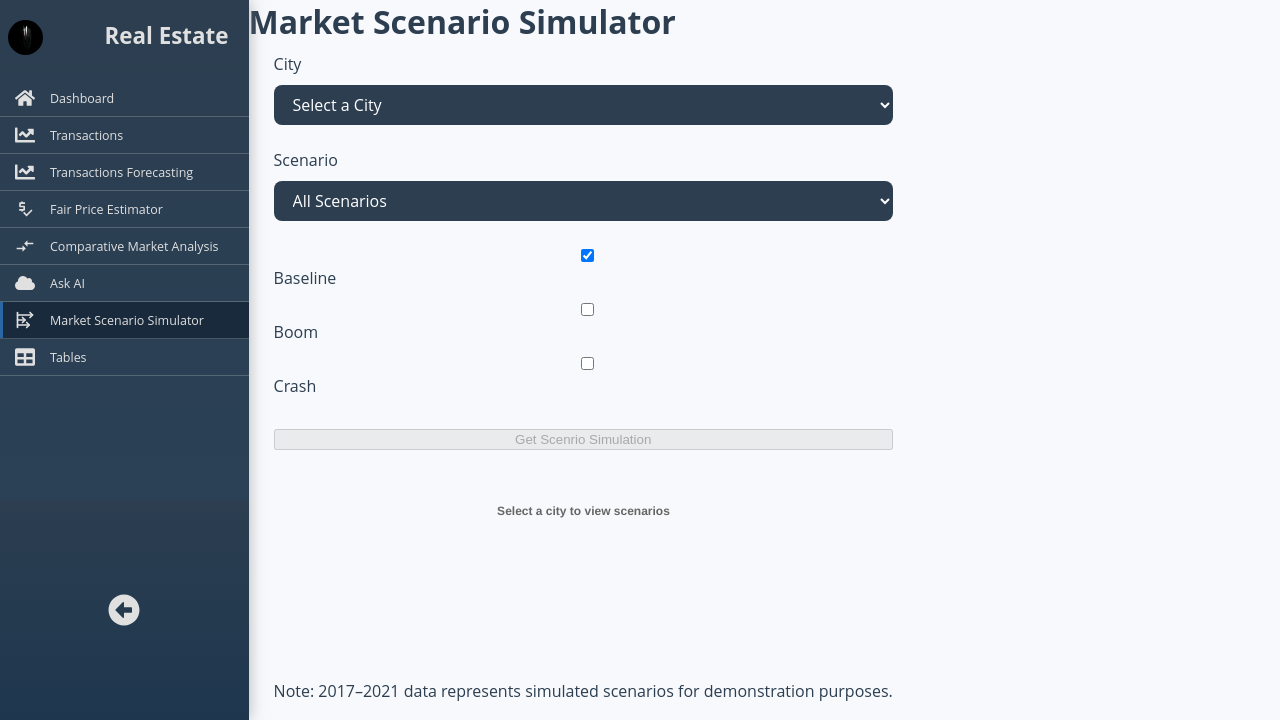
Repository: ZainabJammal/real-estate-system
Page: /market_simulator (app in frontend/)
The author's editor kept a copy of each file at every save. The page is drawn from the files as they stood at one save, then again after the next save.
The browser window is 1280 px wide. The pictures show the whole page.
The project was rebuilt for these pictures with package versions that can differ from the ones it lists, and the page was loaded fresh each time. Also part of the build but not shown: frontend/vite.config.js, frontend/src/Components/CustomCard/Custom.css, frontend/src/Components/CustomCard/Custom.jsx, frontend/src/Components/BarChart/BarChartComponent.css, frontend/src/Components/BarChart/BarChartComponent.jsx, frontend/src/Components/MainCard/MainCard.css, frontend/src/Components/MainCard/MainCard.jsx, frontend/src/Functions/apiLogic.js and 18 more.

Above is the page before, as saved 2025-08-09 19:40:23.

After the next save:
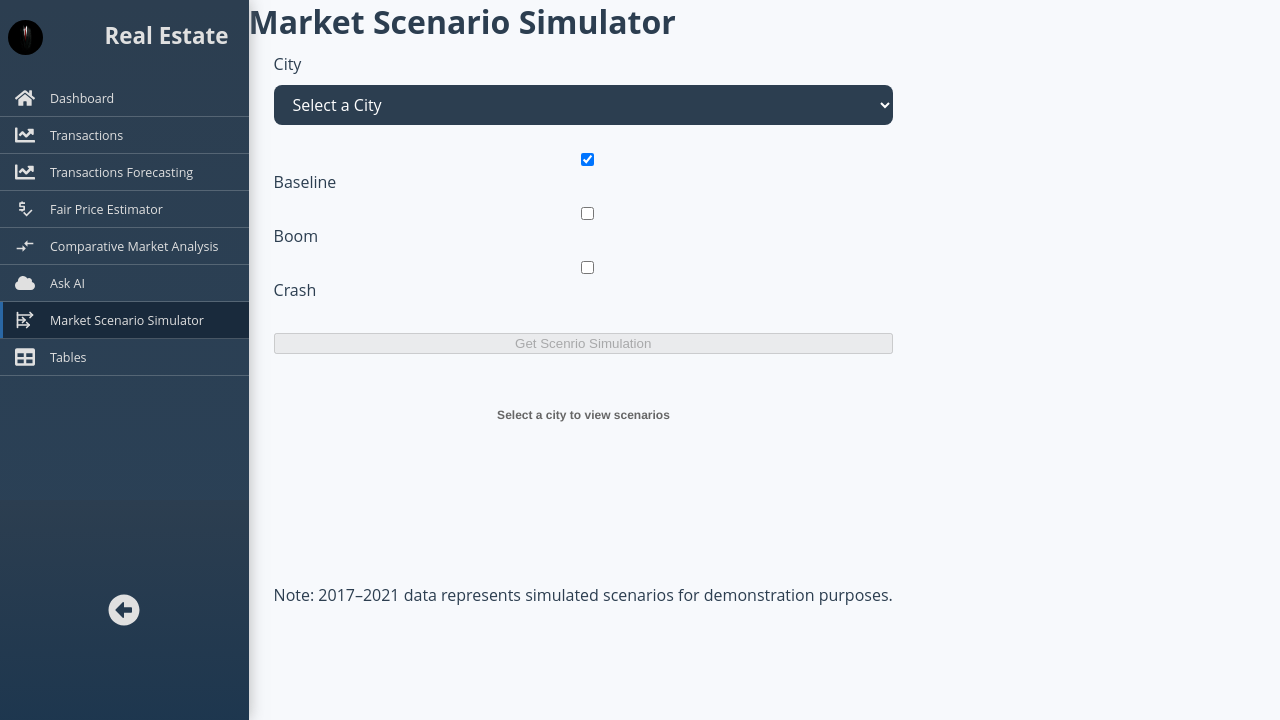
Saved 21 s later.
--- a/frontend/src/Pages/MarketSimulator.jsx
+++ b/frontend/src/Pages/MarketSimulator.jsx
@@ -148,19 +148,7 @@ const MarketSimulator = () => {
                             </select>
                         </div>
 
-                        <div className="form-group">
-                            <label htmlFor="scenario">Scenario</label>
-                            <select
-                                id="scenario"
-                                value={selectedScenario}
-                                onChange={(e) => setSelectedScenario(e.target.value)}
-                            >
-                                <option value="">All Scenarios</option>
-                                <option value="baseline">Baseline</option>
-                                <option value="boom">Boom</option>
-                                <option value="crash">Crash</option>
-                            </select>
-                        </div>
+
 
                         <div className="form-group checkbox-group">
                             <label>
